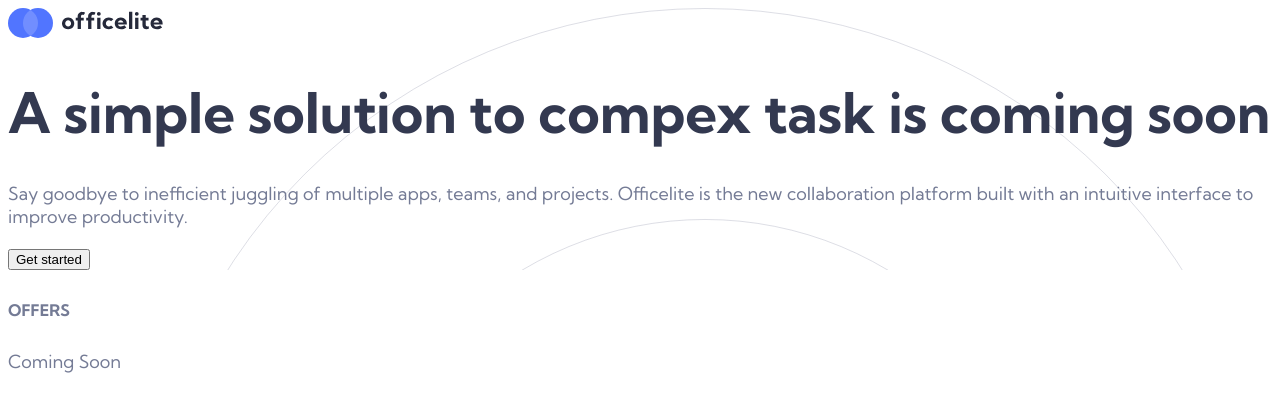
Repository: jodelajo/frontend-css-challenge
Page: index.html
The author's editor kept a copy of each file at every save. The page is drawn from the files as they stood at one save, then again after the next save.
The browser window is 1280 px wide. The pictures show the whole page.

Above is the page before, as saved 2022-02-28 12:58:43.

After the next save:
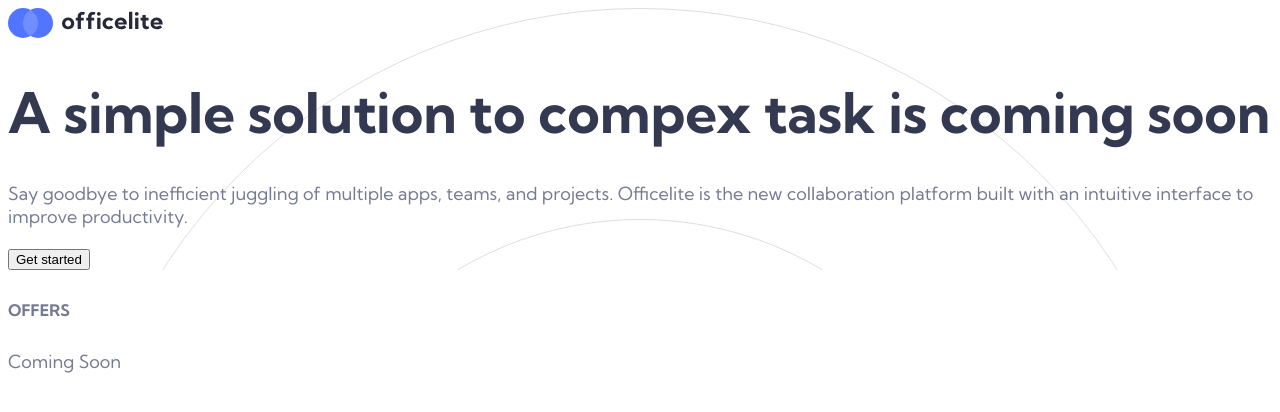
Saved 14 s later.
--- a/index.css
+++ b/index.css
@@ -33,7 +33,7 @@
 .first-block {
   background-image: url("./assets/home/bg-pattern-header.svg");
   background-repeat: no-repeat;
-  background-position: right top;
+  background-position: center top;
 }
 .first-block h1 {
   color: var(--colors-dark);
